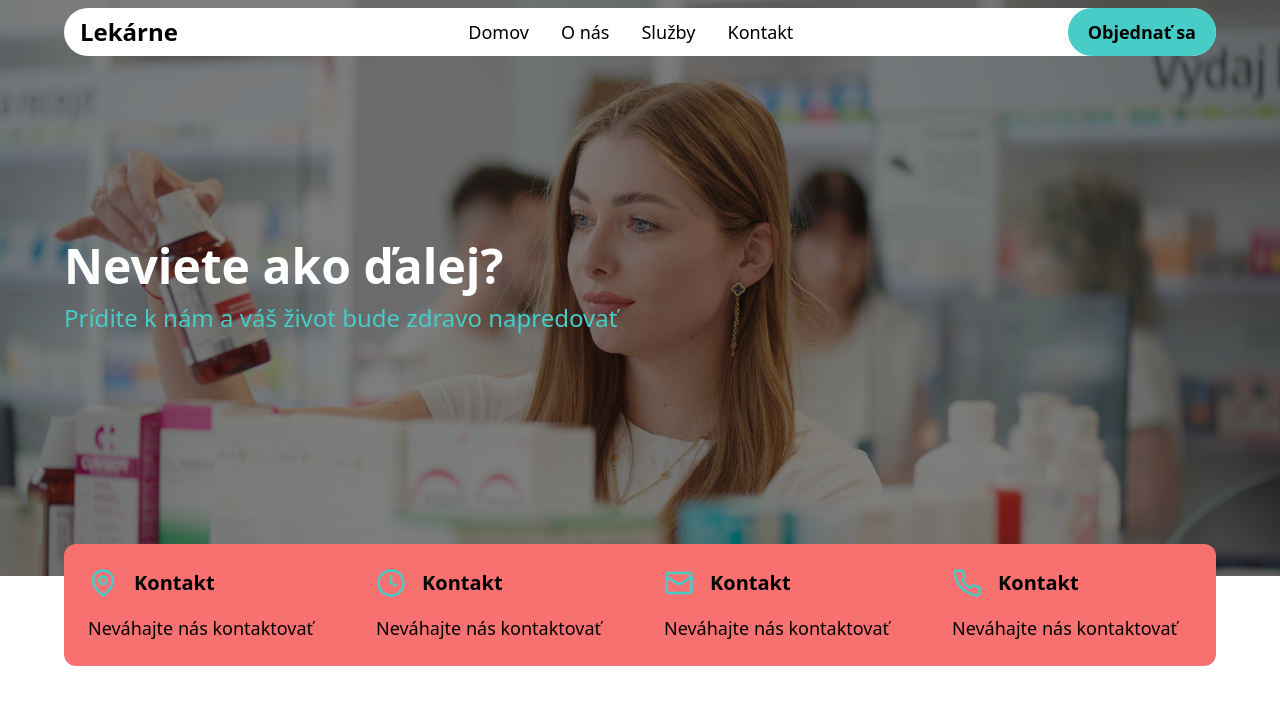
Repository: SimonSkoda13/Lekaren
Page: /
An editor plug-in stored every save of this project. The page is shown before and after the next save, followed by the edit.
The browser window is 1280 px wide. The pictures show the whole page.
The project was rebuilt for these pictures with package versions that can differ from the ones it lists, and the page was loaded fresh each time. The framework's server and built-in components were replaced by stand-ins that run in the browser. Also part of the build but not shown: next.config.js.

Above is the page before, as saved 2023-04-22 18:03:42.

### src/app/layout.tsx
import { Header } from "./components/Header/Header";
import "./globals.css";
import { Poppins } from "next/font/google";

export const metadata = {
  title: "Create Next App",
  description: "Generated by create next app",
};

export default function RootLayout({
  children,
}: {
  children: React.ReactNode;
}) {
  return (
    <html lang="en">
      <body className="bg-white min-h-[100vh]">
        <Header />
        <main>{children}</main>
        <footer></footer>
      </body>
    </html>
  );
}

### src/app/page.tsx
import Image from "next/image";
import { Inter } from "next/font/google";
import { HomeHero } from "./components/HomeHero/HomeHero";
import { Contact } from "./components/Contact/Contact";
import { Phone, MapPin, Clock4, Mail } from "lucide-react";

const inter = Inter({ subsets: ["latin"] });

// page with

export default function Home() {
  return (
    <>
      <HomeHero
        title={"Neviete ako ďalej?"}
        image={"/homeBanner.jpg"}
        description={"Prídite k nám a váš život bude zdravo napredovať"}
      />
      <Contact
        items={[
          {
            title: "Kontakt",
            description: "Neváhajte nás kontaktovať",
            icon: <MapPin size={30} className="stroke-primary" />,
          },
          {
            title: "Kontakt",
            description: "Neváhajte nás kontaktovať",
            icon: <Clock4 size={30} className="stroke-primary" />,
          },
          {
            title: "Kontakt",
            description: "Neváhajte nás kontaktovať",
            icon: <Mail size={30} className="stroke-primary" />,
          },
          {
            title: "Kontakt",
            description: "Neváhajte nás kontaktovať",
            icon: <Phone size={30} className="stroke-primary" />,
          },
        ]}
      />
    </>
  );
}

### src/app/components/Header/Header.tsx
import Link from "next/link";
import React from "react";

export interface HeaderProps {}

export const Header = (props: HeaderProps) => {
  const {} = props;
  return (
    <header className="cntn fixed w-full top-2 z-10">
      <div className="flex bg-white rounded-full">
        <h1 className="py-2 px-4 text-2xl font-bold">Lekárne</h1>
        <div className="py-2 px-4 flex gap-8 items-center mx-auto text-lg font-medium">
          <Link href="/">Domov</Link>
          <Link href="/onas">O nás</Link>
          <Link href="/sluzby">Služby</Link>
          <Link href="/kontakt">Kontakt</Link>
        </div>
        {/* button order self */}
        <div className="flex justify-center items-center px-5 p-0 bg-primary rounded-full text-lg font-bold">
          <Link href="/order">Objednať sa</Link>
        </div>
      </div>
    </header>
  );
};

### src/app/globals.css
@tailwind base;
@tailwind components;
@tailwind utilities;

@layer components {
  .cntn {
    @apply mx-auto px-4  max-w-screen-xl md:px-16;
  }
}

### src/app/components/HomeHero/HomeHero.tsx
import Image from "next/image";
import React from "react";
import { ImageGradient } from "./ImageGradient/ImageGradient";

export interface HomeHeroProps {
  title: string;
  image: string;
  description: string;
}

export const HomeHero = (props: HomeHeroProps) => {
  const { title, image, description } = props;
  return (
    <section className="relative h-[80vh] z-0 px-0">
      <div className="w-full h-full absolute left-0 top-0 ">
        {/* make filter for image to odd brightness from top biggest to bottom lowest */}
        <ImageGradient>
          <Image
            src={image}
            alt="Next.js logo"
            fill
            style={{
              objectFit: "cover",
              objectPosition: "center",
            }}
          />
        </ImageGradient>
      </div>
      <div className="cntn relative gap-3 h-full flex justify-center flex-wrap flex-col z-10">
        <h1 className="text-5xl font-bold text-white">{title}</h1>
        <p className="text-2xl text-primary">{description}</p>
      </div>
    </section>
  );
};

### src/app/components/Contact/Contact.tsx
import { Phone } from "lucide-react";
import Image from "next/image";
import React, { ReactNode } from "react";

export interface ContactProps {
  items?: {
    title: string;
    description: string;
    icon: ReactNode;
  }[];
}

export const Contact = (props: ContactProps) => {
  const { items } = props;
  return (
    <section className="cntn z-10 relative top-[-2rem]">
      <div className="w-full grid grid-cols-2 md:grid-cols-4 items-start bg-red-400 rounded-xl">
        {items?.map((item) => (
          <div className="flex flex-col items-start gap-4 p-6">
            {/* <Image
            src={item.icon}
            alt={"contactIcon" + item.title}
            width={100}
            height={100}
          /> */}
            <div className="flex w-full flex-row gap-4 items-center">
              {item.icon}
              <h2 className="text-xl font-bold">{item.title}</h2>
            </div>
            <p className="text-lg font-medium">{item.description}</p>
          </div>
        ))}
      </div>
    </section>
  );
};

### src/app/components/HomeHero/ImageGradient/ImageGradient.tsx
import React from "react";

export interface ImageGradientProps {
  children: React.ReactNode;
}

export const ImageGradient = (props: ImageGradientProps) => {
  const { children } = props;
  return (
    <div className="relative w-full h-full brightness-50 overflow-hidden z-10">
      <div className="absolute inset-0 z-10"></div>
      {children}
    </div>
  );
};

### tailwind.config.js
/** @type {import('tailwindcss').Config} */
module.exports = {
  content: [
    "./src/pages/**/*.{js,ts,jsx,tsx,mdx}",
    "./src/components/**/*.{js,ts,jsx,tsx,mdx}",
    "./src/app/**/*.{js,ts,jsx,tsx,mdx}",
  ],
  theme: {
    extend: {
      colors: {
        primary: "#47CCC8",
        secondary: "#2D3663",
        "secondary-light": "#3D4A7C",
      },
    },
  },
  plugins: [],
};

Loaded but not shown: src/app/api/hello/route.ts (common file)

After the next save:
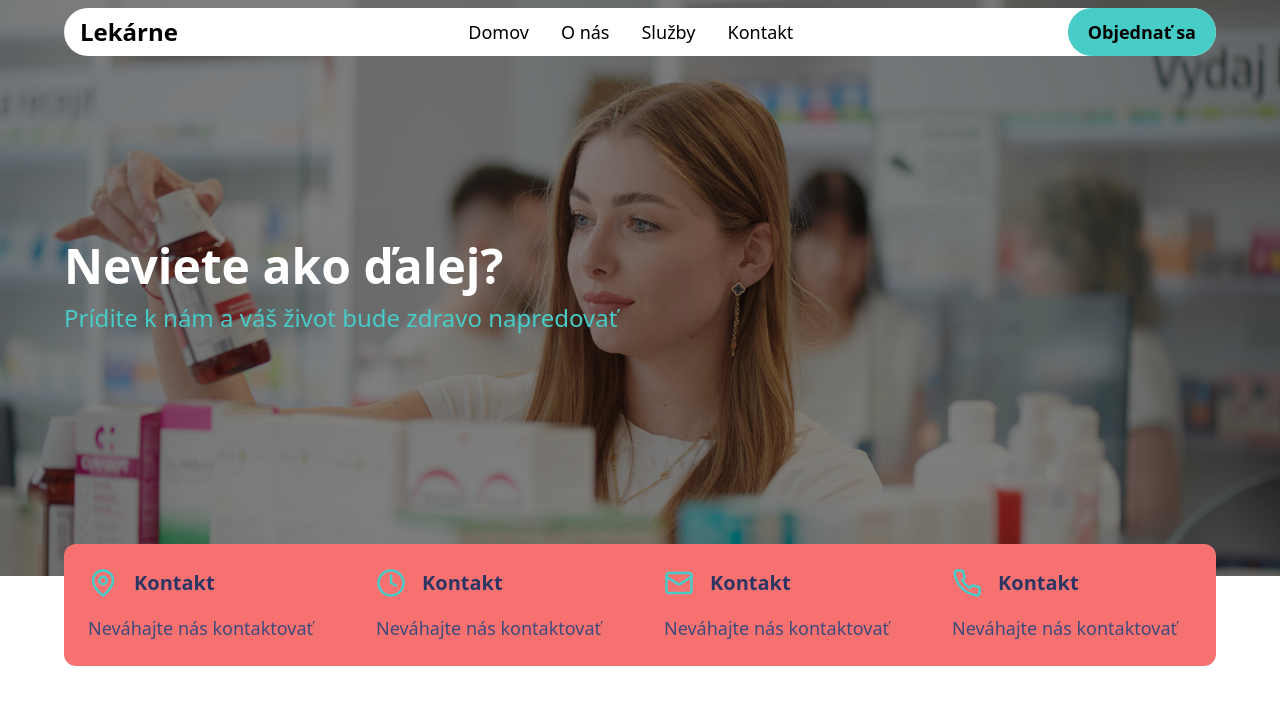
Saved 52 s later.
--- a/src/app/components/Contact/Contact.tsx
+++ b/src/app/components/Contact/Contact.tsx
@@ -25,9 +25,11 @@ export const Contact = (props: ContactProps) => {
           /> */}
             <div className="flex w-full flex-row gap-4 items-center">
               {item.icon}
-              <h2 className="text-xl font-bold">{item.title}</h2>
+              <h2 className="text-xl font-bold text-secondary">{item.title}</h2>
             </div>
-            <p className="text-lg font-medium">{item.description}</p>
+            <p className="text-lg font-medium text-secondary-light">
+              {item.description}
+            </p>
           </div>
         ))}
       </div>
